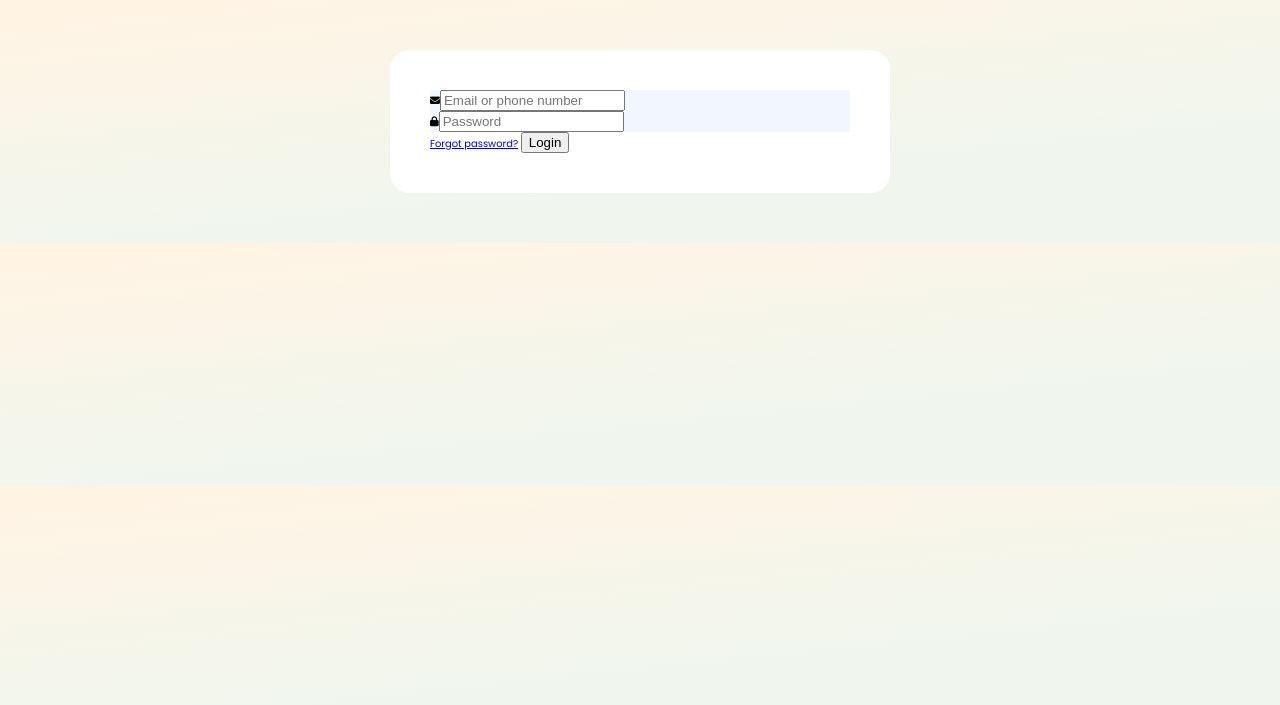
Repository: VuTuanAnh0949/loginForm
Page: index.html
The author's editor kept a copy of each file at every save. The page is drawn from the files as they stood at one save, then again after the next save.
The browser window is 1280 px wide. The pictures show the whole page.

Above is the page before, as saved 2022-04-15 20:40:09.

After the next save:
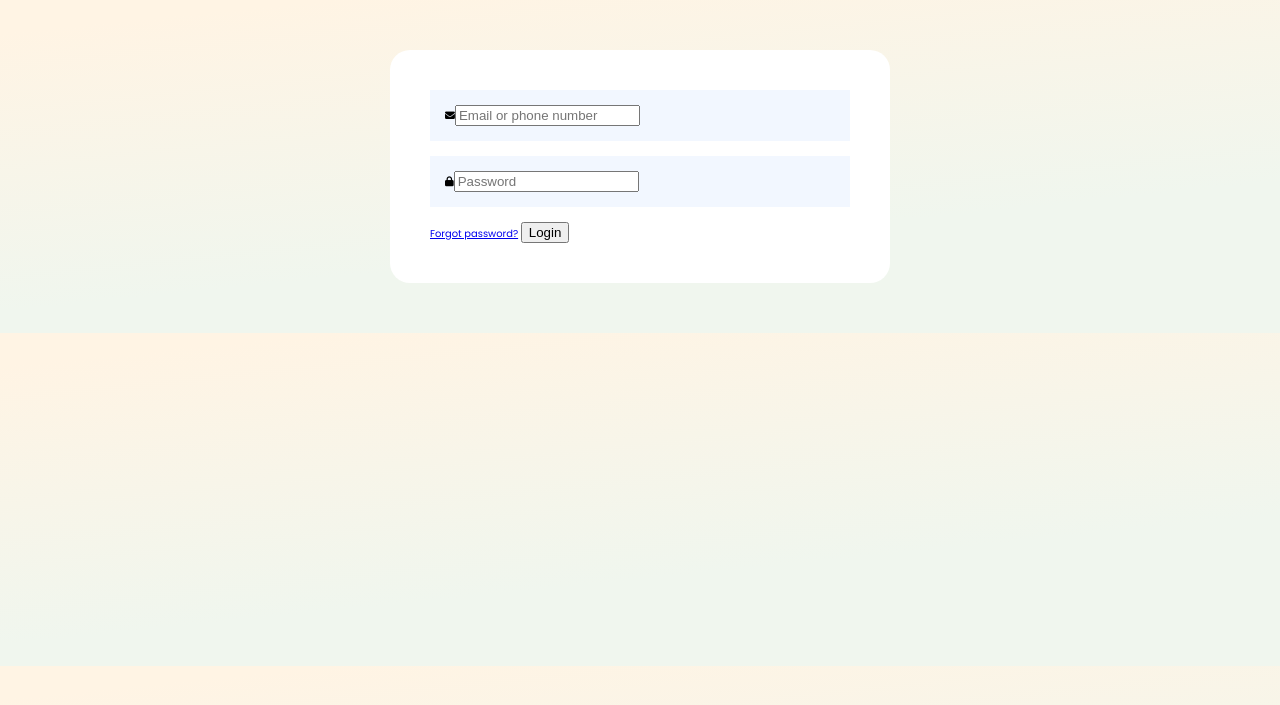
Saved 25 s later.
--- a/style.css
+++ b/style.css
@@ -19,4 +19,6 @@ border-radius: 20px;
   display: flex;
   align-items: center;
   background-color: #f2f7ff;
+  padding: 15px;
+  margin-bottom: 15px;
 }
